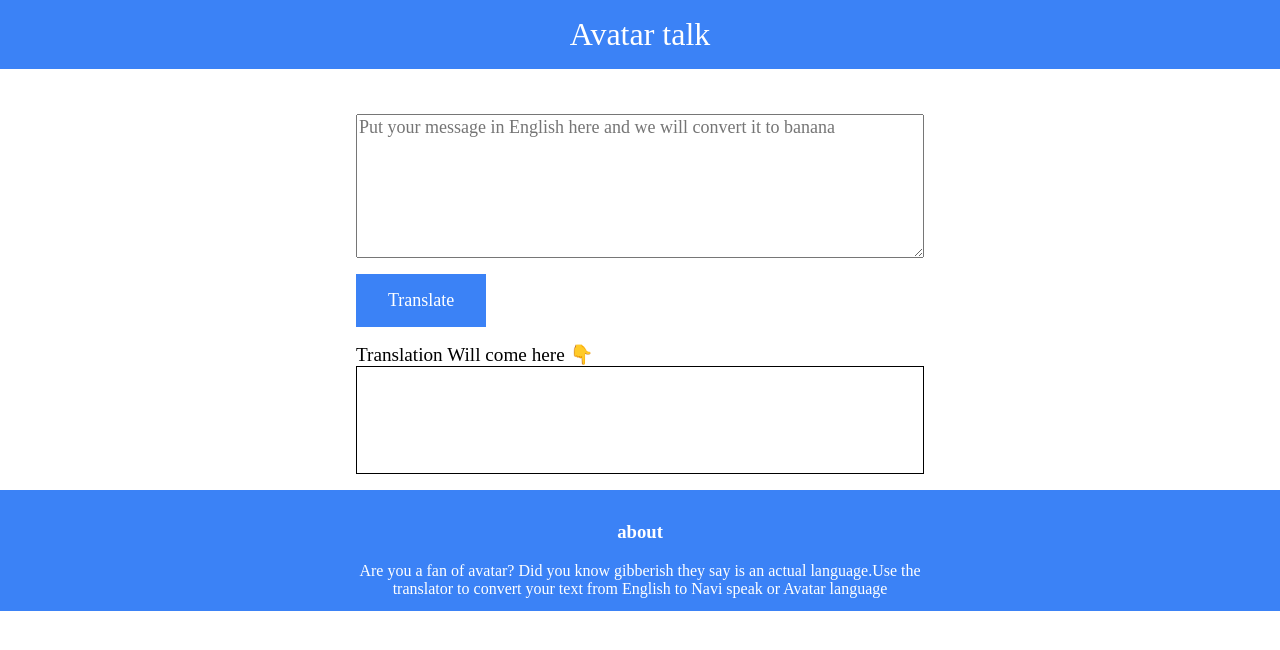
Repository: sohan2503001/Avator-speak
Page: index.html
These files come from the project's save history. The page is drawn as it stood at one moment and after the next save; the edit follows.
The browser window is 1280 px wide. The pictures show the whole page.

Above is the page before, as saved 2021-04-21 12:31:23.

After the next save:
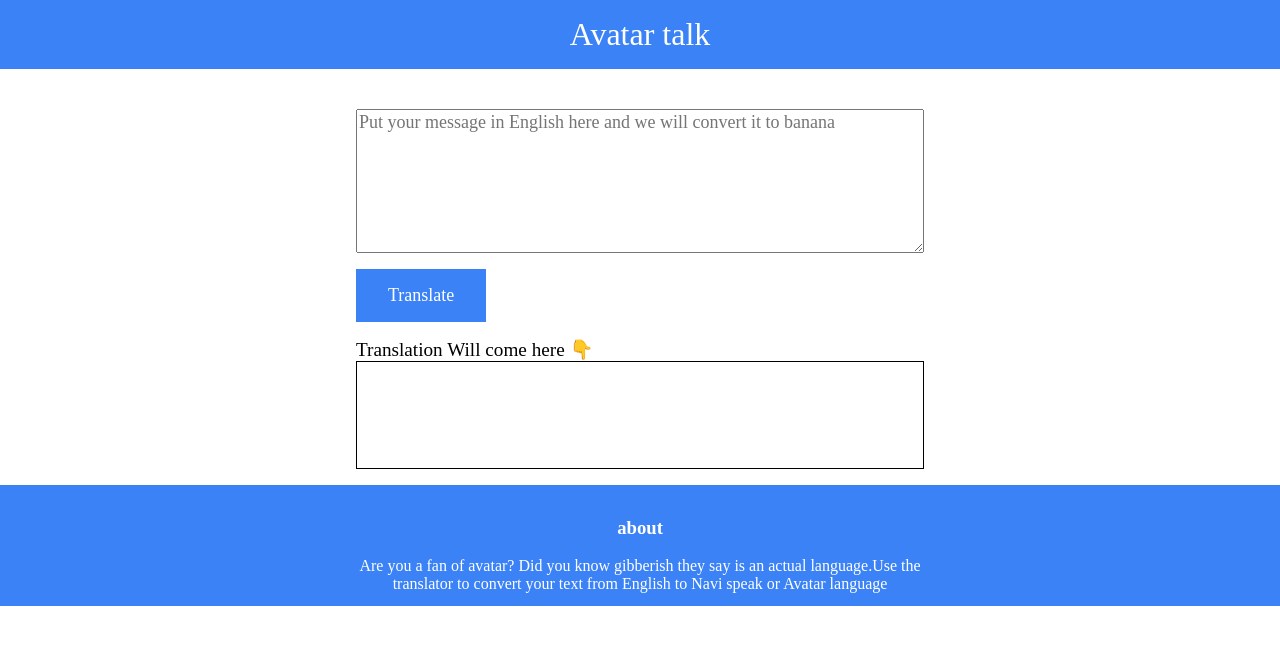
Saved 18 s later.
--- a/style.css
+++ b/style.css
@@ -40,7 +40,7 @@
     width: 100%;
     min-height: 20vh;
     display: block;
-    margin-top: 1.8rem;
+    margin-top: 1.5rem;
     font-family: inherit;
     font-size: large;
 }
